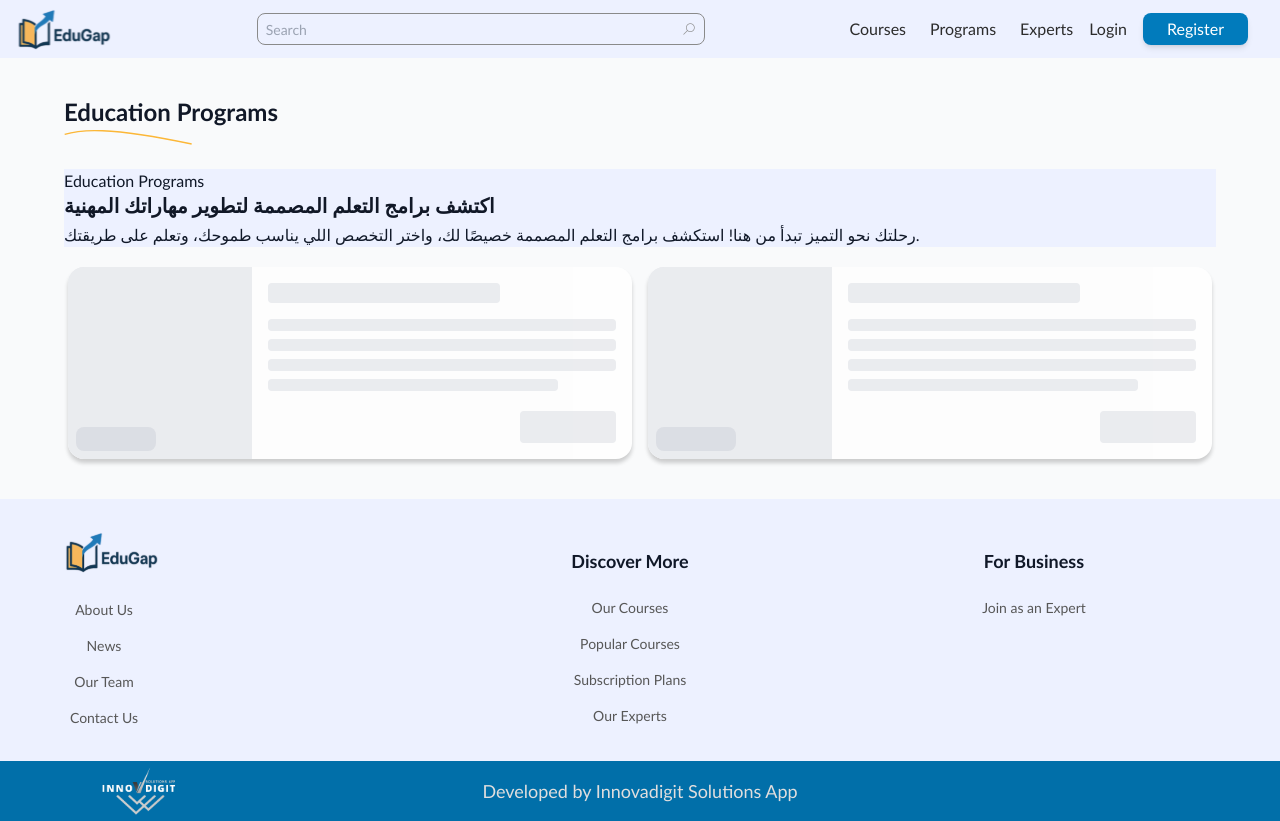
Repository: Yehyv/EduGap-Project
Page: /programs-list
An editor plug-in stored every save of this project. The page is shown before and after the next save, followed by the edit.
The browser window is 1280 px wide. The pictures show the whole page.
The page's requests for data from a server got no answer. The project was rebuilt for these pictures with package versions that can differ from the ones it lists, and the page was loaded fresh each time. Some packages were replaced by stand-ins written for this rebuild. No one was signed in, and anything a server would have sent is missing. Also part of the build but not shown: vite.config.ts, src/features/auth/services/authApi.ts, src/shared/utils/AppSwal.tsx, src/shared/utils/ShowMessagesAlert.tsx, src/features/auth/hooks/useLogin.ts, src/features/auth/components/LoginForm.tsx, src/features/auth/index.ts, src/shared/hooks/useClickOutside.ts and 74 more.

Above is the page before, as saved 2025-09-30 14:59:11.

### index.html
<!doctype html>
<html lang="en">

<head>
  <meta charset="UTF-8" />
  <meta name="viewport" content="width=device-width, initial-scale=1.0" />
  <link rel="icon" type="image/svg+xml" href="/favicon.svg" />
  <link rel="icon" type="image/png" href="/favicon-96x96.png" sizes="96x96" />
  <link rel="icon" type="image/svg+xml" href="/favicon.svg" />
  <link rel="shortcut icon" href="/favicon.ico" />
  <link rel="apple-touch-icon" sizes="180x180" href="/apple-touch-icon.png" />
  <link rel="manifest" href="/site.webmanifest" />
  <title>EduGap</title>
</head>

<body>
  <div id="root"></div>
  <script type="module" src="/src/main.tsx"></script>
</body>

</html>

### src/main.tsx
import { createRoot } from "react-dom/client";
import { BrowserRouter } from "react-router-dom";
import "./index.css";
import AppRoutes from "./routes/AppRoutes.tsx";
import "slick-carousel/slick/slick.css";
import "slick-carousel/slick/slick-theme.css";
import { AuthProvider } from "./features/auth/context/AuthContext.tsx";
import { QueryClient, QueryClientProvider } from "@tanstack/react-query";
import { ReactQueryDevtools } from "@tanstack/react-query-devtools";
import { LanguageProvider } from "./shared/localization/LanguageProvider.tsx";
import HtmlDirection from "./shared/utils/HtmlDirections.tsx";

const queryClient = new QueryClient();

createRoot(document.getElementById("root")!).render(
  <QueryClientProvider client={queryClient}>
    <BrowserRouter>
      <LanguageProvider>
        <HtmlDirection>
          <AuthProvider>
            <AppRoutes />
            {import.meta.env.DEV && (
              <ReactQueryDevtools initialIsOpen={false} />
            )}
          </AuthProvider>
        </HtmlDirection>
      </LanguageProvider>
    </BrowserRouter>
  </QueryClientProvider>
);

### src/features/auth/context/AuthContext.tsx
import { createContext, useContext, useState } from "react";
import type { AuthContextType } from "../auth.types";

const AuthContext = createContext<AuthContextType | undefined>(undefined);

export const AuthProvider = ({ children }: { children: React.ReactNode }) => {
  const [token, setToken] = useState<string | null>(
    localStorage.getItem("token")
  );

  const login = (newToken: string) => {
    localStorage.setItem("token", newToken);
    setToken(newToken);
  };
  const saveRefreshToken = (refreshToken: string) => {
    localStorage.setItem("refresh-token", refreshToken);
  };

  const logout = () => {
    localStorage.removeItem("token");
    setToken(null);
  };

  return (
    <AuthContext.Provider value={{ token, login, logout, saveRefreshToken }}>
      {children}
    </AuthContext.Provider>
  );
};

export const useAuth = () => {
  const ctx = useContext(AuthContext);
  if (!ctx) {
    throw new Error("useAuth must be used inside AuthProvider");
  }
  return ctx;
};

### src/shared/localization/LanguageProvider.tsx
import { useState, useEffect } from "react";
import translations from "./translations";
import { LanguageContext } from "./LanguageContext";
import type { Language, TranslationKeys } from "./LanguageContext";

export const LanguageProvider = ({
  children,
}: {
  children: React.ReactNode;
}) => {
  const [lang, setLangState] = useState<Language>(() => {
    const saved = localStorage.getItem("lang") as Language | null;
    if (saved) return saved;
    if (navigator.language.startsWith("ar")) return "ar";
    return "en";
  });

  useEffect(() => {
    localStorage.setItem("lang", lang);
    document.body.dir = lang === "ar" ? "rtl" : "ltr";
    document.body.lang = lang;
  }, [lang]);

  const t = (key: TranslationKeys) => translations[lang][key];

  const setLang = (newLang: Language) => {
    setLangState(newLang);
  };

  return (
    <LanguageContext.Provider value={{ lang, setLang, t }}>
      {children}
    </LanguageContext.Provider>
  );
};

### src/shared/utils/HtmlDirections.tsx
import { useEffect } from "react";
import { useLanguage } from "../localization/useLanguage";

const HtmlDirection = ({ children }: { children: React.ReactNode }) => {
  const { lang } = useLanguage();

  useEffect(() => {
    document.body.dir = lang === "ar" ? "rtl" : "ltr";
    document.body.lang = lang;
  }, [lang]);

  return <>{children}</>;
};

export default HtmlDirection;

### src/assets/fonts/fonts.css
@font-face {
  font-family: "Rubik";
  src: url("./Rubik-Regular.woff2") format("woff2");
  font-weight: 400;
  font-style: normal;
}

@font-face {
  font-family: "Rubik";
  src: url("./Rubik-Medium.woff2") format("woff2");
  font-weight: 500;
  font-style: normal;
}

@font-face {
  font-family: "Rubik";
  src: url("./Rubik-Bold.woff2") format("woff2");
  font-weight: 700;
  font-style: normal;
}

### src/layouts/MainLayout/MainLayouts.tsx
import { Outlet } from "react-router-dom";
import { Header, InnovaFooter, Footer } from "@/shared/components";

const MainLayout = () => {
  return (
    <div className="min-h-screen flex flex-col bg-gray-50">
      <Header />
      {/* Main Content */}
      <main className="flex-1 grid grid-cols-1 gap-10 ">{<Outlet />}</main>
      <div>
        <Footer />
        <InnovaFooter />
      </div>
    </div>
  );
};

export default MainLayout;

### src/pages/ProgramsList.tsx
import SectionTitle from "@/shared/components/SectionTitle";
import type { ProgramsResponse } from "@/shared/types/sharedTypes";
import { useQuery } from "@tanstack/react-query";
import ErrorMessage from "@/shared/components/ErrorMessage";
import ScrollToTop from "@/shared/utils/ScrollToTop";
import CustomPagination from "@/shared/utils/CustomPagination";
import { useLanguage } from "@/shared/localization/useLanguage";
import { useSearchParams } from "react-router-dom";
import ProgramsSectionCardSkeleton from "@/shared/components/ui/ProgramsSectionCardSkeleton";
import ProgramsSectionCard from "@/shared/components/EduGap/ProgramsSectionCard";
import { RESULTS_PER_PAGE } from "@/shared/utils/globals";
import { getAllEducationsList } from "@/features/GuestHome/services/GuestHomeApi";

const GuestPopularCoursesPage = () => {
  const { t } = useLanguage();
  const [searchParams, setSearchParams] = useSearchParams();
  const page = Number(searchParams.get("page")) || 1;

  const { data, isLoading, error } = useQuery<ProgramsResponse>({
    queryKey: ["getGuestProgramsList", page],
    queryFn: () => getAllEducationsList(page.toString(), RESULTS_PER_PAGE),
  });

  const handlePageChange = (newPage: number) => {
    setSearchParams({ page: newPage.toString() });
  };

  if (error) return <ErrorMessage message={error?.message} />;

  return (
    <div className="mb-5 mt-10 container">
      <ScrollToTop />
      <SectionTitle textTitle={t("programs_title")} />
      <div className="bg-primary">
        <h5>{t("programs_title")}</h5>
        <h4>اكتشف برامج التعلم المصممة لتطوير مهاراتك المهنية</h4>
        <p>
          رحلتك نحو التميز تبدأ من هنا! استكشف برامج التعلم المصممة خصيصًا لك،
          واختر التخصص اللي يناسب طموحك، وتعلم على طريقتك.
        </p>
      </div>
      {isLoading ? (
        <div className="grid grid-cols-1 sm:grid-cols-2 gap-2">
          {Array.from({ length: 2 }).map((_, idx) => (
            <ProgramsSectionCardSkeleton key={idx} />
          ))}
        </div>
      ) : data?.formattedPrograms?.length === 0 ? (
        <div className="flex justify-center items-center py-10">
          <p className="text-gray-500 text-lg font-medium">
            {t("no_data_available") ?? "لا يوجد بيانات متاحة"}
          </p>
        </div>
      ) : (
        <>
          <div className="grid grid-cols-1 sm:grid-cols-2 gap-4">
            {data?.formattedPrograms?.map((d, index) => (
              <ProgramsSectionCard key={index} data={d} />
            ))}
          </div>
          <CustomPagination
            currentPage={data?.pagination.page ?? 1}
            onPageChange={handlePageChange}
            totalPages={data?.pagination.totalPages ?? 1}
          />
        </>
      )}
    </div>
  );
};

export default GuestPopularCoursesPage;

### src/shared/localization/LanguageContext.tsx
import { createContext } from "react";
import translations from "./translations";

export type Language = keyof typeof translations;
export type TranslationKeys = keyof (typeof translations)["en"];

export type LanguageContextType = {
  lang: Language;
  setLang: (lang: Language) => void;
  t: (key: TranslationKeys) => string;
};

export const LanguageContext = createContext<LanguageContextType | undefined>(
  undefined
);

### src/shared/localization/useLanguage.ts
import { useContext } from "react";
import { LanguageContext } from "./LanguageContext";

export const useLanguage = () => {
  const context = useContext(LanguageContext);
  if (!context) {
    throw new Error("useLanguage must be used within LanguageProvider");
  }
  return context;
};

### src/shared/components/index.ts
export { default as Header } from "./Header";
export { default as InnovaFooter } from "./InnovaFooter";
export { default as Footer } from "./Footer";
export { default as Loader } from "./Loader";
export { default as GradientButton } from "./ui/GradientButton";
export { default as LightButton } from "./ui/LightButton";
export { default as TextField } from "./forms/TextField";
export { default as NotFoundLottie } from "./NotFoundLottie";

### src/shared/components/SectionTitle.tsx
import TitleLine from "@/assets/svgs/TitileLine.svg?react";
const SectionTitle = ({
  textTitle,
  lineWidth = "w-32",
}: {
  textTitle: string;
  lineWidth?: string;
}) => {
  return (
    <div className="mb-5">
      <h2 className="mb-0"> {textTitle}</h2>
      <TitleLine className={lineWidth} />
    </div>
  );
};

export default SectionTitle;

### src/features/GuestHome/services/GuestHomeApi.ts
import api from "@/shared/services/axios";
import type {
  ApiResponse,
  CoursesResponse,
  CourseType,
  ExpertsResponse,
  ProgramsResponse,
  ProgramsType,
} from "@/shared/types/sharedTypes";

export async function getPopularCoursesForSlider(): Promise<CourseType[]> {
  const res = await api.get<ApiResponse<CourseType[]>>("/contents/first-8");
  return res.data.data;
}
export async function getSavedCoursesForSlider(): Promise<CourseType[]> {
  const res = await api.get<ApiResponse<CourseType[]>>(
    "/saved-contents/user/first-8"
  );
  return res.data.data;
}
export async function getAllPopularCourses(
  page: string,
  limit: number
): Promise<CoursesResponse> {
  const res = await api.get<ApiResponse<CoursesResponse>>("/contents", {
    params: { page, limit },
  });
  return res.data.data;
}

export async function getAllSavedContents(
  page: string,
  limit: number
): Promise<CoursesResponse> {
  const res = await api.get<ApiResponse<CoursesResponse>>(
    "/saved-contents/user",
    {
      params: { page, limit },
    }
  );
  return res.data.data;
}

export async function getEducationProgramsForSlider(): Promise<ProgramsType[]> {
  const res = await api.get<ApiResponse<ProgramsType[]>>("/programs/first-8");
  return res.data.data;
}

export async function getAllEducationsList(
  page: string,
  limit: number
): Promise<ProgramsResponse> {
  const res = await api.get<ApiResponse<ProgramsResponse>>("/programs", {
    params: { page, limit },
  });
  return res.data.data;
}

export async function getAllExpertsList(
  page: string,
  limit: number
): Promise<ExpertsResponse> {
  const res = await api.get<ApiResponse<ExpertsResponse>>("/educators", {
    params: {
      page,
      limit,
    },
  });
  return res.data.data;
}

### src/shared/utils/globals.ts
export const RESULTS_PER_PAGE = 3;

### src/shared/components/ui/ProgramsSectionCardSkeleton.tsx
const ProgramsSectionCardSkeleton = () => {
  return (
    <div className="bg-white flex rounded-2xl shadow-custom overflow-hidden my-5 mx-1 animate-pulse">
      {/* Left image skeleton */}
      <div className="w-1/2 relative bg-gray-200">
        <div className="w-full h-40 bg-gray-200"></div>
        <div className="absolute start-2 bottom-2 bg-gray-300 rounded-lg px-3 py-1 text-sm w-20 h-6"></div>
      </div>

      {/* Right content skeleton */}
      <div className="w-full p-4 flex flex-col">
        {/* Title */}
        <div className="h-5 bg-gray-200 rounded w-2/3 mb-4"></div>
        {/* Description lines */}
        <div className="space-y-2 flex-1">
          <div className="h-3 bg-gray-200 rounded"></div>
          <div className="h-3 bg-gray-200 rounded"></div>
          <div className="h-3 bg-gray-200 rounded"></div>
          <div className="h-3 bg-gray-200 rounded w-5/6"></div>
        </div>
        {/* Button skeleton */}
        <div className="h-8 bg-gray-200 rounded w-24 self-end mt-5"></div>
      </div>
    </div>
  );
};

export default ProgramsSectionCardSkeleton;

### src/shared/components/Header.tsx
import LogoSm from "@/assets/svgs/LogoSm.svg?react";
import NavListIcon from "@/assets/svgs/NavListIcon.svg?react";
import { Link } from "react-router";
import DefaultButton from "./ui/DefaultButton";
import { useState } from "react";
import UserNav from "./UserNav";
import { useLanguage } from "../localization/useLanguage";
import SearchBar from "./ui/SearchBar";

const Header = ({ isLoggedIn = false }: { isLoggedIn?: boolean }) => {
  const { t, lang } = useLanguage();
  const [menuOpen, setMenuOpen] = useState(false);

  return (
    <header
      className={`${
        isLoggedIn ? "bg-white" : "bg-primary"
      } py-2 z-50 sticky start-0 end-0 top-0`}
    >
      <div className="container mx-auto flex items-center justify-between gap-4 px-4">
        {/* Logo */}
        <Link to={"/userHome"}>
          <LogoSm className="w-24 cursor-pointer" />
        </Link>

        {/* Desktop Search */}
        <SearchBar
          placeholder={t("search_placeholder")}
          lang={lang}
          className="sm:max-w-md mx-auto max-md:hidden"
        />

        {/* Desktop Nav */}
        <nav className="hidden md:flex gap-6">
          <Link to="/">{t("nav_courses")}</Link>
          <Link to="/">{t("nav_programs")}</Link>
          <Link to="/">{t("nav_experts")}</Link>
        </nav>

        {/* Not Auth */}
        {!isLoggedIn && (
          <div className="hidden md:flex gap-4 items-center">
            <Link to="/login">{t("auth_login")}</Link>
            <DefaultButton
              text={t("auth_register")}
              type="reset"
              moreStyle="px-6 !py-1"
              onClick={() => {}}
            />
          </div>
        )}

        {/* User & Mobile Menu */}
        <div className="flex gap-4">
          {isLoggedIn && <UserNav />}
          <button
            className="md:hidden flex items-center cursor-pointer p-1"
            onClick={() => setMenuOpen(!menuOpen)}
          >
            <NavListIcon className="h-5 w-5" />
          </button>
        </div>
      </div>

      {/* Mobile Menu */}
      {menuOpen && (
        <div
          className="md:hidden bg-white shadow-md px-4 mt-2 pt-4 pb-6 space-y-4"
          dir={lang === "ar" ? "rtl" : "ltr"}
        >
          <nav className="flex flex-col gap-3">
            <Link to="/">{t("nav_courses")}</Link>
            <Link to="/">{t("nav_programs")}</Link>
            <Link to="/">{t("nav_experts")}</Link>
          </nav>
          {!isLoggedIn && <Link to="/login">{t("auth_login")}</Link>}
          <div className="flex justify-between mt-4 gap-2">
            {!isLoggedIn && (
              <DefaultButton
                text={t("auth_register")}
                type="reset"
                moreStyle="w-[150px] !py-1"
                onClick={() => {}}
              />
            )}
          </div>
        </div>
      )}

      {/* Mobile Search */}
      <div className="mx-4 md:hidden mt-3">
        <SearchBar
          placeholder={t("search_placeholder")}
          lang={lang}
          className="max-w-md mx-auto"
        />
      </div>
    </header>
  );
};

export default Header;

### src/shared/components/InnovaFooter.tsx
import InnovaLogo from "@/assets/svgs/InnovaLogo.svg?react";
import { useLanguage } from "../localization/useLanguage";
const InnovaFooter = () => {
  const { t } = useLanguage();
  return (
    <footer className="text-[#E0DEDE] text-lg bg-[#016FA9] max-md:text-sm  text-center center items-center relative min-h-[60px]">
      <InnovaLogo className="h-[50px] max-sm:h-[35px] absolute max-sm:static left-20 max-md:left-0" />
      <div className="max-sm:mx-2">
        {" "}
        {t("footer_by_company")} Innovadigit Solutions App{" "}
      </div>
    </footer>
  );
};

export default InnovaFooter;

### src/shared/components/ui/DefaultButton.tsx
type defaultButtonPropsTypes = {
  text: string | React.ReactNode;
  type: "submit" | "reset" | "button" | undefined;
  moreStyle?: string;
  onClick: () => void;
  disabled?: boolean;
};
const DefaultButton = ({
  text,
  type,
  moreStyle,
  onClick,
  disabled,
}: defaultButtonPropsTypes) => {
  return (
    <button
      disabled={disabled}
      onClick={onClick}
      type={type}
      className={`${moreStyle} bg-gradient-to-r cursor-pointer bg-secondary text-white  px-4 py-2 rounded-lg shadow-md hover:to-secondary-dark transition`}
    >
      {text}
    </button>
  );
};

export default DefaultButton;

### src/shared/services/axios.ts
import axios from "axios";

const api = axios.create({
  baseURL: import.meta.env.VITE_BASE_URL,
  headers: {
    "Content-Type": "application/json",
  },
});

// 🔹 Refresh token API call
const refreshAccessToken = async () => {
  try {
    const refreshToken = localStorage.getItem("refresh-token");
    if (!refreshToken) throw new Error("No refresh token found");

    const response = await axios.post(
      `${import.meta.env.VITE_BASE_URL}/auth/refresh`,
      {},
      {
        headers: {
          Authorization: `Bearer ${refreshToken}`,
        },
      }
    );

    const newAccessToken = response.data?.data?.accessToken;
    const newRefreshToken = response.data?.data?.refreshToken;

    if (newAccessToken) {
      localStorage.setItem("token", newAccessToken);
    }
    if (newRefreshToken) {
      localStorage.setItem("refresh-token", newRefreshToken);
    }

    return newAccessToken;
  } catch (err) {
    localStorage.removeItem("token");
    localStorage.removeItem("refresh-token");
    localStorage.removeItem("user");
    processQueue(err, null);
    window.location.href = "/login";
    throw err;
  }
};

// 🔹 Request interceptor
api.interceptors.request.use(
  (config) => {
    const token = localStorage.getItem("token");
    const lang = localStorage.getItem("lang");

    if (token) {
      config.headers.Authorization = `Bearer ${token}`;
    }
    if (lang) {
      config.headers["languageId"] = lang === "en" ? "1" : "2";
    }
    return config;
  },
  (error) => Promise.reject(error)
);

// 🔹 Response interceptor with refresh flow
let isRefreshing = false;
let failedQueue: any[] = [];

const processQueue = (error: any, token: string | null = null) => {
  failedQueue.forEach((prom) => {
    if (error) {
      prom.reject(error);
    } else {
      prom.resolve(token);
    }
  });
  failedQueue = [];
};

api.interceptors.response.use(
  (response) => response,
  async (error) => {
    const originalRequest = error.config;

    // if unauthorized
    if (error.response?.status === 401 && !originalRequest._retry) {
      if (isRefreshing) {
        // wait until refreshing is done
        return new Promise((resolve, reject) => {
          failedQueue.push({ resolve, reject });
        })
          .then((token) => {
            originalRequest.headers.Authorization = `Bearer ${token}`;
            return api(originalRequest);
          })
          .catch((err) => Promise.reject(err));
      }

      originalRequest._retry = true;
      isRefreshing = true;

      try {
        const newToken = await refreshAccessToken();
        processQueue(null, newToken);

        originalRequest.headers.Authorization = `Bearer ${newToken}`;
        return api(originalRequest);
      } catch (err) {
        processQueue(err, null);
        throw err;
      } finally {
        isRefreshing = false;
      }
    }

    return Promise.reject(error);
  }
);

export default api;

### src/shared/components/ui/SearchBar.tsx
import SearchIcon from "@/assets/svgs/SearchIcon.svg?react";

const SearchBar = ({
  placeholder,
  lang,
  className = "",
}: {
  placeholder: string;
  lang: string;
  className?: string;
}) => (
  <div className={`relative text-gray-600 flex-1 ${className}`}>
    <input
      className="border border-[#8A8A8A] w-full h-8 px-2 pr-10 rounded-lg text-sm focus:outline-none"
      type="search"
      name="search"
      placeholder={placeholder}
      dir={lang === "ar" ? "rtl" : "ltr"}
    />
    <button type="submit" className="absolute right-2 top-1/2 -translate-y-1/2">
      <SearchIcon className="w-4 h-4" />
    </button>
  </div>
);

export default SearchBar;

Loaded but not shown: src/shared/utils/ScrollToTop.tsx (common file); src/shared/localization/translations.ts (146 lines, source omitted); src/index.css (201 lines, source omitted); src/shared/components/Footer.tsx (97 lines, source omitted); src/routes/AppRoutes.tsx (89 lines, source omitted)

After the next save:
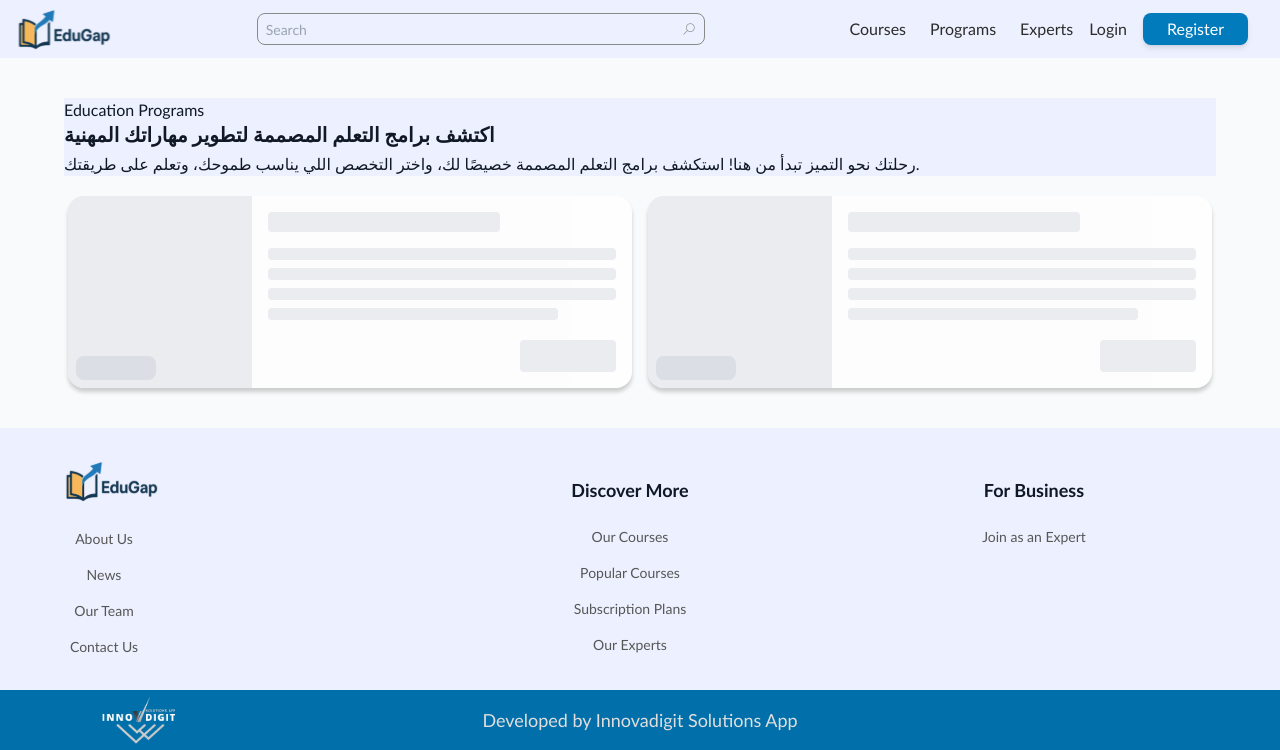
Saved 11 s later.
--- a/src/pages/ProgramsList.tsx
+++ b/src/pages/ProgramsList.tsx
@@ -30,7 +30,6 @@ const GuestPopularCoursesPage = () => {
   return (
     <div className="mb-5 mt-10 container">
       <ScrollToTop />
-      <SectionTitle textTitle={t("programs_title")} />
       <div className="bg-primary">
         <h5>{t("programs_title")}</h5>
         <h4>اكتشف برامج التعلم المصممة لتطوير مهاراتك المهنية</h4>
